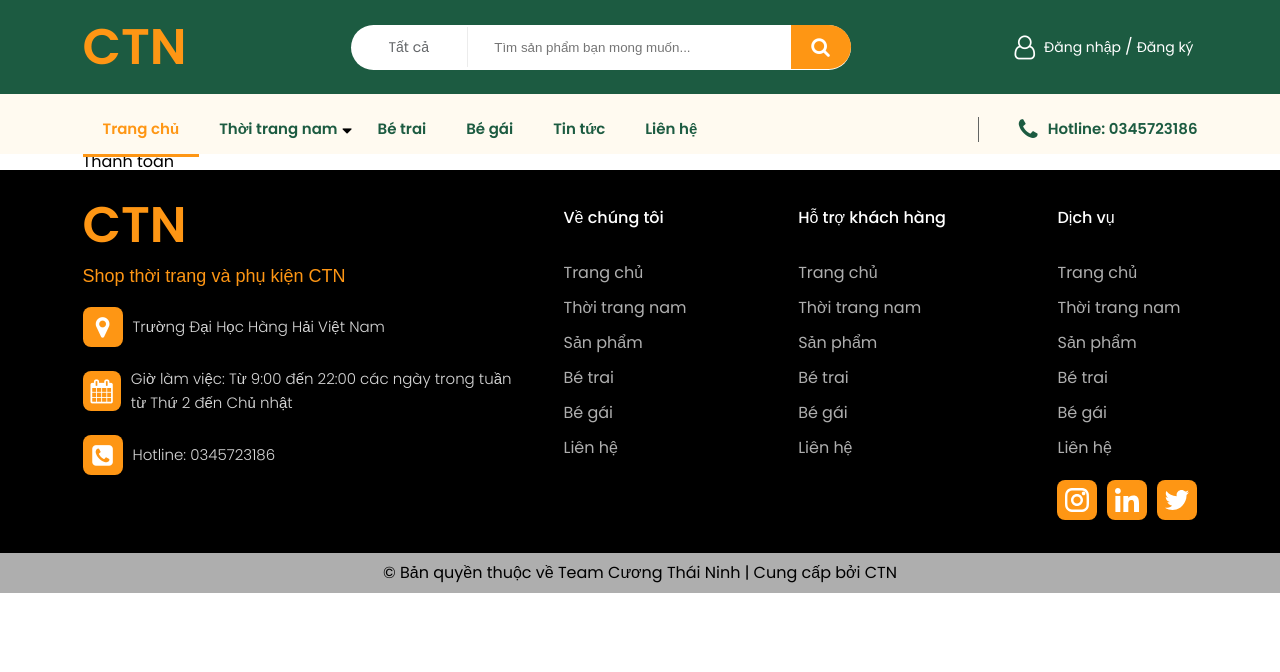
Repository: cuongchua2k2/BaiTapLon-web
Page: deliver.html
An editor plug-in stored every save of this project. The page is shown before and after the next save, followed by the edit.
The browser window is 1280 px wide. The pictures show the whole page.

Above is the page before, as saved 2023-12-23 13:32:18.
Console error: TypeError: Cannot read properties of null (reading 'style')

### deliver.html
<!DOCTYPE html>
<html lang="en">
  <head>
    <meta charset="UTF-8" />
    <meta name="viewport" content="width=device-width, initial-scale=1.0" />
    <!-- reset css -->
    <link rel="stylesheet" href="./assets/css/reset.css" />
    <!-- style css -->
    <link rel="stylesheet" href="./assets/css/style.css" />
    <!-- icon -->
    <link
      rel="stylesheet"
      href="https://cdnjs.cloudflare.com/ajax/libs/font-awesome/4.7.0/css/font-awesome.min.css"
    />
    <!-- font  -->
    <link rel="stylesheet" href="./assets/font/stylesheet.css" />
    <title>Bài tập lớn - shop bán quần áo</title>
    <script src="./assets/javascript/app.js"></script>
  </head>
  <body>
    <!-- header -->
    <div id="home"></div>
    <header>
      <div id="header">
        <div class="content">
          <!-- header-nav -->
          <div class="nav">
            <div class="nav__logo">
              <a href="./index.html"><span class="logo__content">CTN</span></a>
            </div>
            <!-- search -->
            <div class="nav__search">
              <p class="nav__desc">Tất cả</p>
              <input
                type="text"
                class="nav__txtsearch"
                placeholder="Tìm sản phẩm bạn mong muốn..."
              />
              <button class="nav__btn--search">
                <i class="fa fa-search" style="font-size: 20px"></i>
              </button>
            </div>
            <!-- login -->
            <div class="login">
              <i
                class="fa fa-user-o"
                style="font-size: 24px; color: #fff; margin-right: 5px"
              ></i>
              <a href="#!" class="btn btn-login">Đăng nhập</a>
              <span style="color: #fff">/</span>
              <a href="#!" class="btn btn-create">Đăng ký</a>
            </div>
          </div>
        </div>
      </div>
      <!-- navbar -->
      <div class="navbar">
        <div class="content navbar__content">
          <ul class="navbar__lv1">
            <li>
              <a href="./index.html" class="active lv1__item">Trang chủ</a>
            </li>
            <li class="lv2">
              <a href="#!" class="lv1__item">Thời trang nam</a>
              <i class="fa fa-sort-desc arrow"></i>
              <ul class="navbar__lv2">
                <li>
                  <a href="#!" class="lv1__item">Sơ mi nam</a>
                </li>
                <li>
                  <a href="#!" class="lv1__item">Quần âu nam</a>
                </li>
                <li>
                  <a href="#!" class="lv1__item">Quần short nam</a>
                </li>
              </ul>
            </li>
            <li>
              <a href="#!" class="lv1__item">Bé trai</a>
            </li>
            <li>
              <a href="#!" class="lv1__item">Bé gái</a>
            </li>
            <li>
              <a href="#!" class="lv1__item">Tin tức</a>
            </li>
            <li>
              <a href="#!" class="lv1__item">Liên hệ</a>
            </li>
          </ul>
          <div class="horizontal"></div>
          <a href="tel:0345723186" class="hotline">
            <i class="fa fa-phone" style="font-size: 24px; color: #1c5b41"></i>
            <span class="hotline__desc">Hotline: 0345723186</span>
          </a>
        </div>
      </div>
    </header>
    <!-- main delivery -->
    <main>
      <div class="delivery">
        <div class="content">
          <!-- left -->
          <div class="delivery__left">
            <h1 class="delivery__title">Thanh toán</h1>
          </div>
          <!-- .delivery right -->
          <div class="delivery__right"></div>
        </div>
      </div>
    </main>
    <!-- footer -->
    <footer>
      <div class="footer-body">
        <div class="content footer__content">
          <div class="footer__left">
            <div class="nav__logo">
              <a href="./index.html"><span class="logo__content">CTN</span></a>
            </div>
            <p class="logo__desc">Shop thời trang và phụ kiện CTN</p>
            <div class="info-shop">
              <!-- location -->
              <i
                class="fa fa-map-marker info__icon"
                style="font-size: 24px"
              ></i>
              <span class="info-shop__desc"
                >Trường Đại Học Hàng Hải Việt Nam</span
              >
            </div>
            <!-- work time -->
            <div class="info-shop">
              <i class="fa fa-calendar info__icon" style="font-size: 24px"></i>
              <span class="info-shop__desc"
                >Giờ làm việc: Từ 9:00 đến 22:00 các ngày trong tuần từ Thứ 2
                đến Chủ nhật</span
              >
            </div>
            <!-- hotline -->
            <div class="info-shop">
              <i
                class="fa fa-phone-square info__icon"
                style="font-size: 24px"
              ></i>
              <a href="tel:0345723186" class="info-shop__desc"
                >Hotline: 0345723186</a
              >
            </div>
          </div>
          <div class="footer__right">
            <!-- menu 1 -->
            <ul class="menu">
              <li class="menu__title">Về chúng tôi</li>
              <li class="menu__item">
                <a href="./index.html">Trang chủ</a>
              </li>
              <li class="menu__item">
                <a href="#!">Thời trang nam</a>
              </li>
              <li class="menu__item">
                <a href="#!">Sản phẩm</a>
              </li>
              <li class="menu__item">
                <a href="#!">Bé trai</a>
              </li>
              <li class="menu__item">
                <a href="#!">Bé gái</a>
              </li>
              <li class="menu__item">
                <a href="#!">Liên hệ</a>
              </li>
            </ul>
            <!-- menu 2 -->
            <ul class="menu">
              <li class="menu__title">Hỗ trợ khách hàng</li>
              <li class="menu__item">
                <a href="./index.html">Trang chủ</a>
              </li>
              <li class="menu__item">
                <a href="#!">Thời trang nam</a>
              </li>
              <li class="menu__item">
                <a href="#!">Sản phẩm</a>
              </li>
              <li class="menu__item">
                <a href="#!">Bé trai</a>
              </li>
              <li class="menu__item">
                <a href="#!">Bé gái</a>
              </li>
              <li class="menu__item">
                <a href="#!">Liên hệ</a>
              </li>
            </ul>
            <!-- menu 3 -->
            <ul class="menu">
              <li class="menu__title">Dịch vụ</li>
              <li class="menu__item">
                <a href="./index.html">Trang chủ</a>
              </li>
              <li class="menu__item">
                <a href="#!">Thời trang nam</a>
              </li>
              <li class="menu__item">
                <a href="#!">Sản phẩm</a>
              </li>
              <li class="menu__item">
                <a href="#!">Bé trai</a>
              </li>
              <li class="menu__item">
                <a href="#!">Bé gái</a>
              </li>
              <li class="menu__item">
                <a href="#!">Liên hệ</a>
              </li>
              <li class="social-network">
                <a href="#!"
                  ><img
                    src="./assets/img/Instagram.svg"
                    alt=""
                    class="info__icon"
                /></a>
                <a href="#!"
                  ><img
                    src="./assets/img/linked_in.svg"
                    alt=""
                    class="info__icon"
                /></a>
                <a href="#!"
                  ><img
                    src="./assets/img/twitter.svg"
                    alt=""
                    class="info__icon"
                /></a>
              </li>
            </ul>
          </div>
        </div>
      </div>
      <div class="exclusive">
        <span class="exclusive__desc"
          >© Bản quyền thuộc về Team Cương Thái Ninh | Cung cấp bởi CTN
        </span>
      </div>
    </footer>
  </body>
</html>

### assets/css/style.css
:root {
  --primary-color: #fe9614;
}

* {
  box-sizing: border-box;
}

html,
body {
  scroll-behavior: smooth;
}

html {
  font-size: 62.5%;
}

body {
  font-family: "Poppins", sans-serif;
  font-size: 1.6rem;
  /* height: 5000px; */
}

/* =====================common ======================*/

a {
  text-decoration: none;
}

.content {
  width: 1115px;
  max-width: calc(100% - 48px);
  margin: 0px auto;
}

.btn {
  text-decoration: none;
  color: #fff;
  font-size: 1.4rem;
  font-weight: 400;
}

.btn:hover {
  opacity: 0.7;
  color: var(--primary-color);
}

/* =====================header========================= */

/* =========== header nav===============*/

header {
  position: sticky;
  top: -95px;
  z-index: 1;
}

#header {
  padding: 22px 0;
  background-color: #1c5b41;
}

.nav {
  display: flex;
  justify-content: space-between;
  align-items: center;
}

.logo__content {
  font-size: 5rem;
  font-weight: 600;
  color: var(--primary-color);
}

.nav__search {
  height: 45px;
  width: 500px;
  padding: 4px 0;
  display: flex;
  justify-content: space-between;
  align-items: center;
  background-color: #fff;
  border-radius: 999px;
}

.nav__desc {
  opacity: 0.7;
  padding: 13px 38px;
  font-size: 1.4rem;
  color: #212529;
  font-weight: 400;
  border-right: 1px solid #e5e5e5;
}

.nav__txtsearch {
  outline: none;
  width: 300px;
  height: 40px;
  padding: 15px;
  border: none;
}

.nav__btn--search {
  cursor: pointer;
  height: 44px;
  width: 60px;
  border-radius: 0 40px 40px 0;
  color: #fff;
  background: var(--primary-color);
  border: var(--primary-color);
}

.nav__btn--search:hover {
  background-color: #fff;
  color: var(--primary-color);
}

.login {
  display: flex;
  align-items: center;
}

.btn-login,
.btn-create {
  padding: 8px 4px;
}

/* ===========navbar=============== */

.navbar {
  background-color: #fffaf0;
  padding: 5px 10px;
  height: 60px;
}

.navbar__content {
  display: flex;
  align-items: center;
  justify-content: space-between;
  line-height: 60px;
}

.horizontal {
  height: 25px;
  opacity: 0.7;
  width: 1px;
  background-color: #212529;
  margin-left: auto;
}

.navbar__lv1 {
  display: flex;
}

.lv1__item {
  padding: 15px 20px;
  font-weight: 600;
  font-size: 1.5rem;
  color: #1c5b41;
}

.lv1__item:hover {
  color: var(--primary-color);
}

.hotline {
  display: flex;
  align-items: center;
  margin-left: 40px;
}

.hotline__desc {
  margin-left: 10px;
  font-weight: 600;
  font-size: 1.5rem;
  color: #1c5b41;
}

.hotline__desc:hover {
  color: var(--primary-color);
}

.lv2 {
  position: relative;
}

.navbar__lv2 {
  display: none;
  margin-top: -7px;
  position: absolute;
  background-color: #fff;
  min-width: 200px;
  transform: perspective(600px) rotateX(0deg);
  z-index: 1;
}

.navbar__lv2 > li:not(:first-child) {
  border-top: 1px solid #666;
}

.navbar__lv2 > li > .lv1__item {
  display: inline-block;
  padding: 0 30px;
}

.lv2:hover .navbar__lv2 {
  display: block;
}

.arrow {
  position: absolute;
  top: 20px;
  right: 6px;
}

.lv1__item.active {
  color: var(--primary-color);
  border-bottom: 3px solid var(--primary-color);
}

/* ======================================main================== */

/* ==================banner================ */

.banner {
  background-color: #9f9b8f;
}

.banner__content {
  position: relative;
  overflow: hidden;
}

.banner__list {
  display: flex;
  transition: all 0.5s ease-in-out;
}

.banner__image {
  display: block;
  width: 100%;
  object-fit: cover;
  background-size: cover;
}

.dot__list {
  position: absolute;
  left: 50%;
  bottom: 0;
}

.dot {
  cursor: pointer;
  display: inline-block;
  height: 10px;
  width: 10px;
  border-radius: 50%;
  background-color: #6c757d;
}

.dot__active {
  background-color: var(--primary-color);
}

.dot:hover {
  background-color: var(--primary-color);
}

/* sale */

.sale {
  background-color: var(--primary-color);
}

.sale__image {
  width: 100%;
}

/* ===============product-hot============== */

.product-hot {
  padding: 50px 0;
  background-color: #fffaf0;
}

.title-section {
  position: relative;
  margin-bottom: 60px;
  font-family: "Montserrat", sans-serif;
  font-weight: 700;
  letter-spacing: 0;
  font-size: 4rem;
  color: #1c5b41;
}

.title-section::before {
  position: absolute;
  top: -20px;
  display: inline-block;
  content: "";
  height: 3px;
  width: 110px;
  background-color: var(--primary-color);
}

.product__list {
  width: 100%;
  display: flex;
  /* justify-content: space-between; */
  flex-wrap: wrap;
  gap: 25px 25px;
}

.product__image {
  height: 200px;
  width: 200px;
  object-fit: cover;
  border-radius: 10px;
}

.product__desc {
  margin: 10px 0;
  overflow: hidden;
  white-space: nowrap;
  color: #454545;
  font-weight: 300;
  font-size: 1.4rem;
  line-height: 20px;
}

.price {
  font-size: 1.6rem;
  line-height: 20px;
  color: var(--primary-color);
}

.cta {
  text-align: center;
  margin-top: 60px;
}

.btn__view-all {
  display: inline-block;
  padding: 20px 70px;
  font-weight: 700;
  font-size: 1.8rem;
  line-height: 22px;
  color: #fff;
  background: #1c5b41;
  border-radius: 10px;
}

.btn__view-all:hover {
  opacity: 1;
  background-color: var(--primary-color);
  color: #fff;
}

/*==================== product new================= */

.product-new {
  padding: 90px 0;
}

.product-new__body {
  display: flex;
  justify-content: space-between;
  align-items: flex-start;
}

.body__left {
  width: 40%;
}

.body__right {
  margin-left: 30px;
  width: 60%;
}

.product-new__image {
  width: 100%;
  height: 545px;
  object-fit: cover;
  border-radius: 10px;
}

/*=========================== product same price========================== */

.same-price {
  background-color: #1c5b41;
  padding: 60px 0;
}

.same-price__banner {
  width: 100%;
  height: auto;
  border-radius: 10px;
  margin-bottom: 20px;
}

.same-price__title {
  color: #fff;
}

.btn__same-price {
  display: inline-block;
  padding: 20px 70px;
  font-weight: 700;
  font-size: 1.8rem;
  line-height: 22px;
  color: #fff;
  background: var(--primary-color);
  border-radius: 10px;
}

.btn__same-price:hover {
  opacity: 1;
  background-color: #fff;
  color: var(--primary-color);
}

.same-price__desc {
  color: #fff !important;
}

.product__item {
  position: relative;
}

.buy-product {
  display: none;
  width: 100%;
  padding: 7px;
  position: absolute;
  top: 163px;
  border-radius: 0 0 10px 10px;
  background-color: #6c757d;
}

.product__item:hover .buy-product {
  display: inline-flex;
  align-items: center;
  justify-content: center;
}

.buy-product:hover {
  background-color: var(--primary-color);
}

.buy-product__desc {
  color: #fff;
  font-size: 1.4rem;
  margin-left: 3px;
}

/* ==============good price====================== */

.good-price {
  background-color: #fffaf0;
}

/* ============all local brand */

.brand__img {
  width: 100%;
  object-fit: cover;
}

/* ===========================footer======================= */

.footer-body {
  padding: 30px 0;
  background-color: #000;
}
.footer__content {
  display: flex;
  align-items: flex-start;
}

.footer__left {
  width: 40%;
  margin-right: 35px;
}

.logo__desc {
  font-family: "Montserrat", sans-serif;
  font-weight: 500;
  font-size: 1.8rem;
  line-height: 22px;
  color: #fe9614;
  margin-top: 15px;
}

.info-shop {
  margin-top: 20px;
  display: flex;
  align-items: center;
}

.info__icon {
  text-align: center;
  width: 40px;
  height: 40px;
  padding: 8px;
  line-height: 40px;
  border-radius: 8px;
  color: #fff;
  background-color: var(--primary-color);
}

.info-shop__desc {
  margin-left: 10px;
  font-size: 1.5rem;
  line-height: 1.6;
  color: #ffffffd6;
  font-weight: 300;
}

.footer__right {
  width: calc(60% - 35px);
  display: flex;
  justify-content: space-between;
  gap: 0 20px;
}

.menu__title {
  font-weight: 500;
  font-size: 1.6rem;
  line-height: 35px;
  color: #ffffff;
  margin-bottom: 20px;
}

.menu__item > a {
  font-weight: 400;
  font-size: 1.6rem;
  line-height: 35px;
  color: #aeaeae;
}

.menu__item > a:hover {
  color: var(--primary-color);
}

.social-network {
  margin-top: 15px;
  display: flex;
  gap: 10px;
}

.exclusive {
  background-color: #aeaeae;
  padding: 12px 0;
  text-align: center;
}

/* ==================================category========================== */

.category {
  padding: 60px 0;
}

.category__nav {
  display: flex;
  align-items: center;
  gap: 0 20px;
  margin-bottom: 30px;
}

.category__nav__home {
  color: #333;
  font-size: 1.4rem;
}

.category__desc {
  font-size: 1.4rem;
  text-shadow: 1px 0 0 #1c5b41;
}

.category__nav__home:hover,
.category__desc-home:hover {
  text-shadow: 1px 0 0 #1c5b41;
}

/* ================product==================== */

.product {
  padding: 60px 0;
}

.category__desc-home {
  color: #333;
  text-shadow: none;
}

.product-content {
  font-family: "Montserrat", sans-serif;
  display: flex;
  align-items: flex-start;
  justify-content: space-between;
  gap: 0 30px;
}

.product-left,
.product-right {
  width: 50%;
}

.product-big-image {
  border-radius: 10px;
  width: 100%;
  height: auto;
  object-fit: cover;
}

.product-title {
  font-weight: 600;
  font-size: 2.2rem;
  line-height: 27px;
  color: #000000;
  margin-bottom: 10px;
}

.product__desc {
  font-weight: 500;
  font-size: 1.5rem;
  line-height: 18px;
  color: #484848;
  margin-bottom: 20px;
}

.product__price {
  font-weight: 700;
  font-size: 2.8rem;
  line-height: 34px;
  text-transform: uppercase;
  color: #ff6563;
}

.row {
  display: flex;
  align-items: center;
  margin-top: 30px;
  gap: 0 20px;
}

.product__icon {
  width: 55px;
  height: 55px;
}

.product__info__desc {
  display: block;
  font-weight: 700;
  font-size: 1.6rem;
  line-height: 162.9%;
  color: #484848;
}

.product__info__sub {
  display: block;
  width: 100%;
  font-weight: 500;
  font-size: 1.6rem;
  line-height: 162.9%;
  color: #484848;
}

.cta-buy-product {
  margin-top: 30px;
}

.choose-quantity {
  display: inline-block;
  border: 1px solid #cfcdc6;
  border-collapse: collapse;
  border-radius: 3px;
}

.minus-quantity,
.add-quantity {
  cursor: pointer;
  padding: 10px 15px;
  color: #ee4f83;
  border: none;
}

.txt-quantity {
  border: 1px solid #cfcdc6;
  text-align: center;
  outline: none;
  border: none;
}
label {
  font-size: 1.6rem;
  color: #212529;
}

.button {
  margin-top: 30px;
}

.buy-now,
.add-cart {
  border-radius: 10px;
  font-size: 1.6rem;
  max-width: 370px;
  margin-top: 10px;
  text-align: center;
  display: block;
  background-color: #1c5b41;
  padding: 20px;
}

.add-cart {
  background-color: #fff;
  color: #1c5b41;
  border: 1px solid #1c5b41;
}

.buy-now:hover,
.add-cart:hover {
  background-color: var(--primary-color);
  color: #fff;
  border: none;
}

/* ====================cart=================== */

.cart {
  padding: 60px 0;
}

.cart__body {
  margin-top: 100px;
}

.cart__body table {
  width: 100%;
  text-align: center;
}

.cart__product td {
  padding: 20px 0;
  border-bottom: 2px solid #dddddd;
  vertical-align: middle;
}

.cart__product input {
  width: 50px;
}

.cart__product span {
  display: block;
  width: 20px;
  height: 20px;
  line-height: 20px;
  border: 1px solid #dddddd;
  text-align: center;
  cursor: pointer;
  margin: 0px auto;
}

.cart__product span:hover {
  color: #fff;
  background-color: #1c5b41;
}

.cart__image {
  width: 110px;
  height: 110px;
  object-fit: cover;
}

.cart__header {
  text-align: center;
  padding-bottom: 30px;
  font-size: 12px;
  text-transform: uppercase;
  color: #333;
  border-bottom: 2px solid #dddddd;
  border-collapse: collapse;
}

.cart__bottom {
  text-align: right;
  margin-left: auto;
}

.cart__bottom > .row {
  justify-content: flex-end;
  gap: 0 100px;
}

.buy__done {
  margin-top: 20px;
  display: inline-block;
  border-radius: 10px;
  background-color: #1c5b41;
  text-align: center;
  width: 250px;
  padding: 15px;
}

### assets/font/stylesheet.css
@font-face {
    font-family: 'Poppins';
    src: url('Poppins-Black.woff2') format('woff2'),
        url('Poppins-Black.woff') format('woff');
    font-weight: 900;
    font-style: normal;
    font-display: swap;
}

@font-face {
    font-family: 'Poppins';
    src: url('Poppins-Bold.woff2') format('woff2'),
        url('Poppins-Bold.woff') format('woff');
    font-weight: bold;
    font-style: normal;
    font-display: swap;
}

@font-face {
    font-family: 'Poppins';
    src: url('Poppins-BlackItalic.woff2') format('woff2'),
        url('Poppins-BlackItalic.woff') format('woff');
    font-weight: 900;
    font-style: italic;
    font-display: swap;
}

@font-face {
    font-family: 'Poppins';
    src: url('Poppins-BoldItalic.woff2') format('woff2'),
        url('Poppins-BoldItalic.woff') format('woff');
    font-weight: bold;
    font-style: italic;
    font-display: swap;
}

@font-face {
    font-family: 'Poppins';
    src: url('Poppins-ExtraLightItalic.woff2') format('woff2'),
        url('Poppins-ExtraLightItalic.woff') format('woff');
    font-weight: 200;
    font-style: italic;
    font-display: swap;
}

@font-face {
    font-family: 'Poppins';
    src: url('Poppins-ExtraBoldItalic.woff2') format('woff2'),
        url('Poppins-ExtraBoldItalic.woff') format('woff');
    font-weight: bold;
    font-style: italic;
    font-display: swap;
}

@font-face {
    font-family: 'Poppins';
    src: url('Poppins-ExtraBold.woff2') format('woff2'),
        url('Poppins-ExtraBold.woff') format('woff');
    font-weight: bold;
    font-style: normal;
    font-display: swap;
}

@font-face {
    font-family: 'Poppins';
    src: url('Poppins-Italic.woff2') format('woff2'),
        url('Poppins-Italic.woff') format('woff');
    font-weight: normal;
    font-style: italic;
    font-display: swap;
}

@font-face {
    font-family: 'Poppins';
    src: url('Poppins-ExtraLight.woff2') format('woff2'),
        url('Poppins-ExtraLight.woff') format('woff');
    font-weight: 200;
    font-style: normal;
    font-display: swap;
}

@font-face {
    font-family: 'Poppins';
    src: url('Poppins-Regular.woff2') format('woff2'),
        url('Poppins-Regular.woff') format('woff');
    font-weight: normal;
    font-style: normal;
    font-display: swap;
}

@font-face {
    font-family: 'Poppins';
    src: url('Poppins-LightItalic.woff2') format('woff2'),
        url('Poppins-LightItalic.woff') format('woff');
    font-weight: 300;
    font-style: italic;
    font-display: swap;
}

@font-face {
    font-family: 'Poppins';
    src: url('Poppins-SemiBold.woff2') format('woff2'),
        url('Poppins-SemiBold.woff') format('woff');
    font-weight: 600;
    font-style: normal;
    font-display: swap;
}

@font-face {
    font-family: 'Poppins';
    src: url('Poppins-Light.woff2') format('woff2'),
        url('Poppins-Light.woff') format('woff');
    font-weight: 300;
    font-style: normal;
    font-display: swap;
}

@font-face {
    font-family: 'Poppins';
    src: url('Poppins-Medium.woff2') format('woff2'),
        url('Poppins-Medium.woff') format('woff');
    font-weight: 500;
    font-style: normal;
    font-display: swap;
}

@font-face {
    font-family: 'Poppins';
    src: url('Poppins-MediumItalic.woff2') format('woff2'),
        url('Poppins-MediumItalic.woff') format('woff');
    font-weight: 500;
    font-style: italic;
    font-display: swap;
}

@font-face {
    font-family: 'Poppins';
    src: url('Poppins-Thin.woff2') format('woff2'),
        url('Poppins-Thin.woff') format('woff');
    font-weight: 100;
    font-style: normal;
    font-display: swap;
}

@font-face {
    font-family: 'Poppins';
    src: url('Poppins-ThinItalic.woff2') format('woff2'),
        url('Poppins-ThinItalic.woff') format('woff');
    font-weight: 100;
    font-style: italic;
    font-display: swap;
}

@font-face {
    font-family: 'Poppins';
    src: url('Poppins-SemiBoldItalic.woff2') format('woff2'),
        url('Poppins-SemiBoldItalic.woff') format('woff');
    font-weight: 600;
    font-style: italic;
    font-display: swap;
}

### assets/javascript/app.js
// thêm và giảm số lượng sản phẩm
{
  function minusQuantity() {
    var result = document.getElementById("qty");
    var qty = result.value;
    if (!isNaN(qty) & (qty > 1)) result.value--;
    return false;
  }

  function addQuantity() {
    var result = document.getElementById("qty");
    var qty = result.value;
    if (!isNaN(qty)) result.value++;
    return false;
  }
}
//transition banner
{
  document.addEventListener("DOMContentLoaded", function () {
    const slider = document.querySelector(".banner__list");
    const slides = document.querySelectorAll(".banner__image");

    let currentIndex = 0;

    function updateSlider() {
      const newTransformValue = -currentIndex * 100 + "%";
      slider.style.transform = `translateX(${newTransformValue})`;

      slides.forEach((slide, index) => {
        slide.classList.toggle("active", index === currentIndex);
      });
    }

    function nextSlide() {
      currentIndex = (currentIndex + 1) % slides.length;
      updateSlider();
    }

    // Change slide every 3 seconds
    setInterval(nextSlide, 3000);
  });
}

Loaded but not shown: assets/css/reset.css (common file)

After the next save:
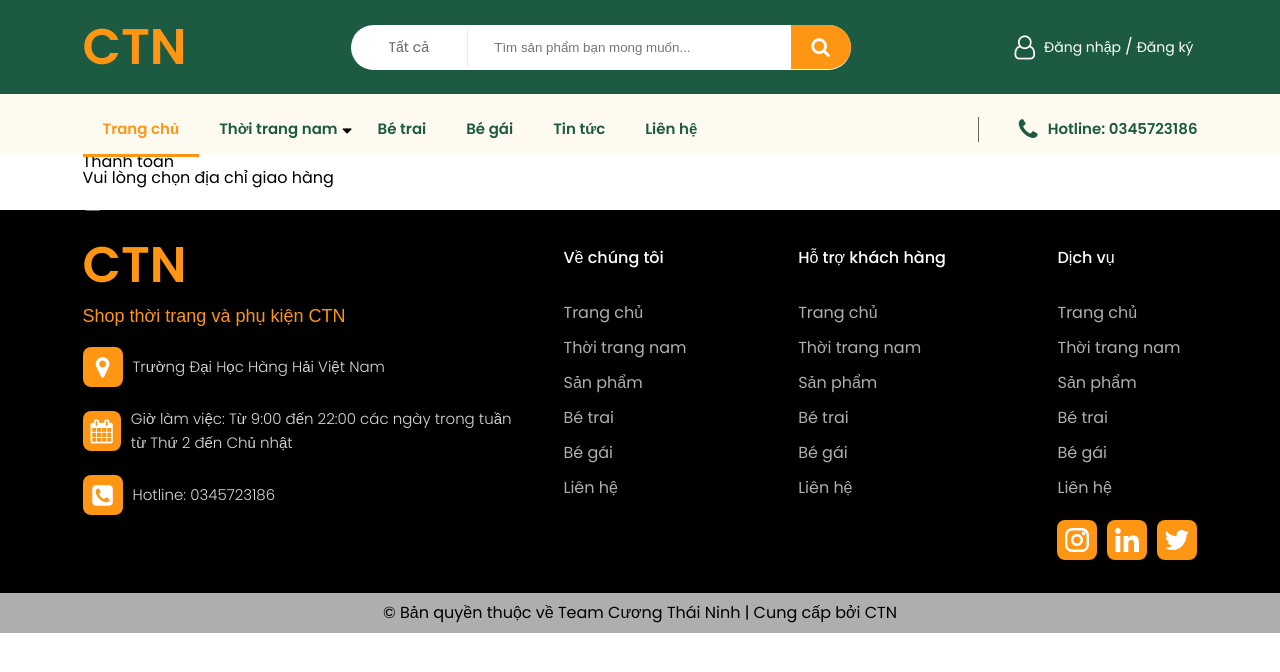
Saved 3 min 28 s later.
--- a/deliver.html
+++ b/deliver.html
@@ -103,6 +103,13 @@
           <!-- left -->
           <div class="delivery__left">
             <h1 class="delivery__title">Thanh toán</h1>
+            <p class="delivery__desc">Vui lòng chọn địa chỉ giao hàng</p>
+            <div class="delivery__login">
+              <i
+                class="fa fa-user-o"
+                style="font-size: 24px; color: #fff; margin-right: 5px"
+              ></i>
+            </div>
           </div>
           <!-- .delivery right -->
           <div class="delivery__right"></div>
